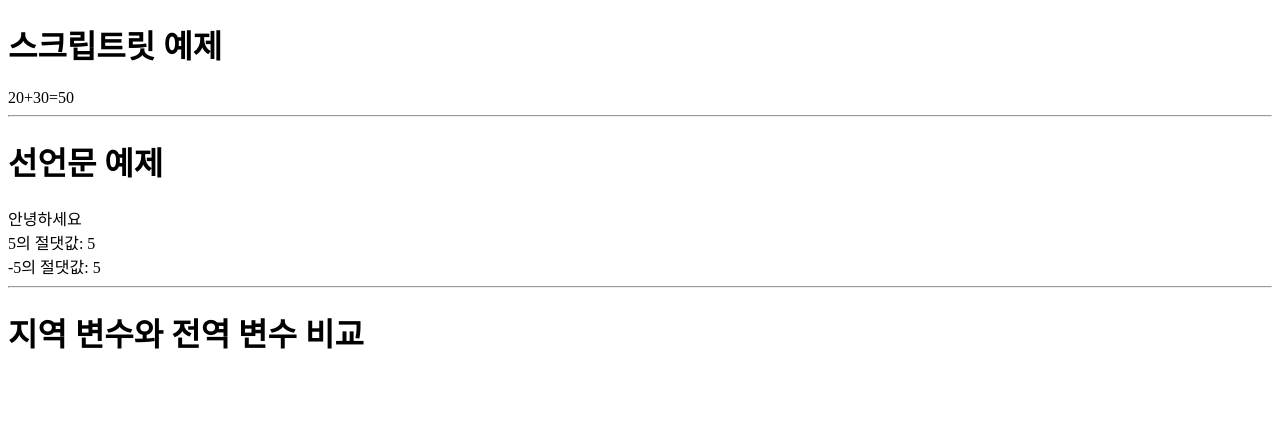
Repository: jsunnypi/JSP
Page: http://localhost/Test/Index.jsp
An editor plug-in stored every save of this project. The page is shown before and after the next save, followed by the edit.
The browser window is 1280 px wide. The pictures show the whole page.
The page is served by Tomcat 9.

Above is the page before, as saved 2024-11-14 00:38:07.

After the next save:
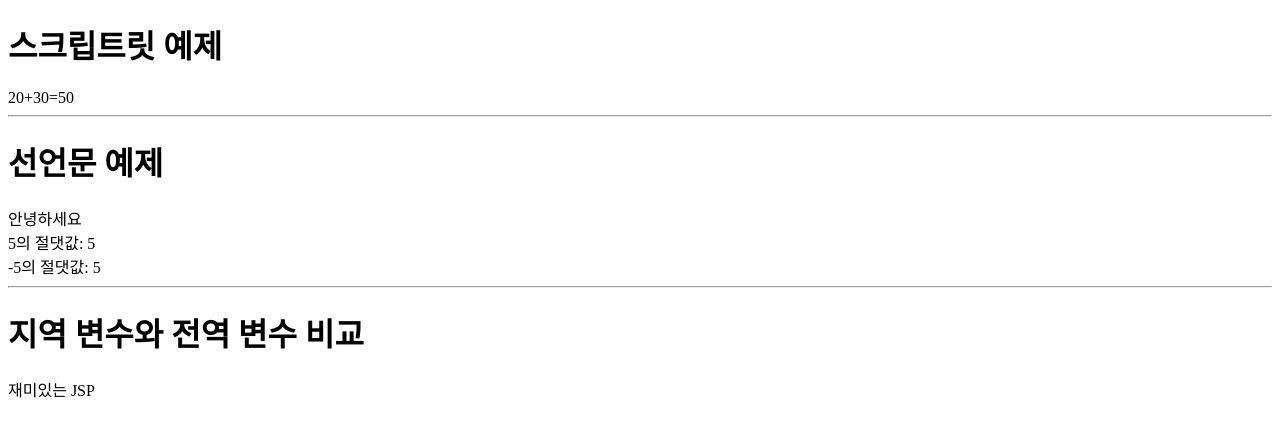
Saved 59 s later.
--- a/Test/src/main/webapp/Index.jsp
+++ b/Test/src/main/webapp/Index.jsp
@@ -39,5 +39,13 @@
 	<hr>
 
 	<h1> 지역 변수와 전역 변수 비교 </h1>
+
+	<%
+		String s = "재미있는 JSP";
+	%>
+
+	<%
+		out.print(s);
+	%>
 </body>
 </html>
